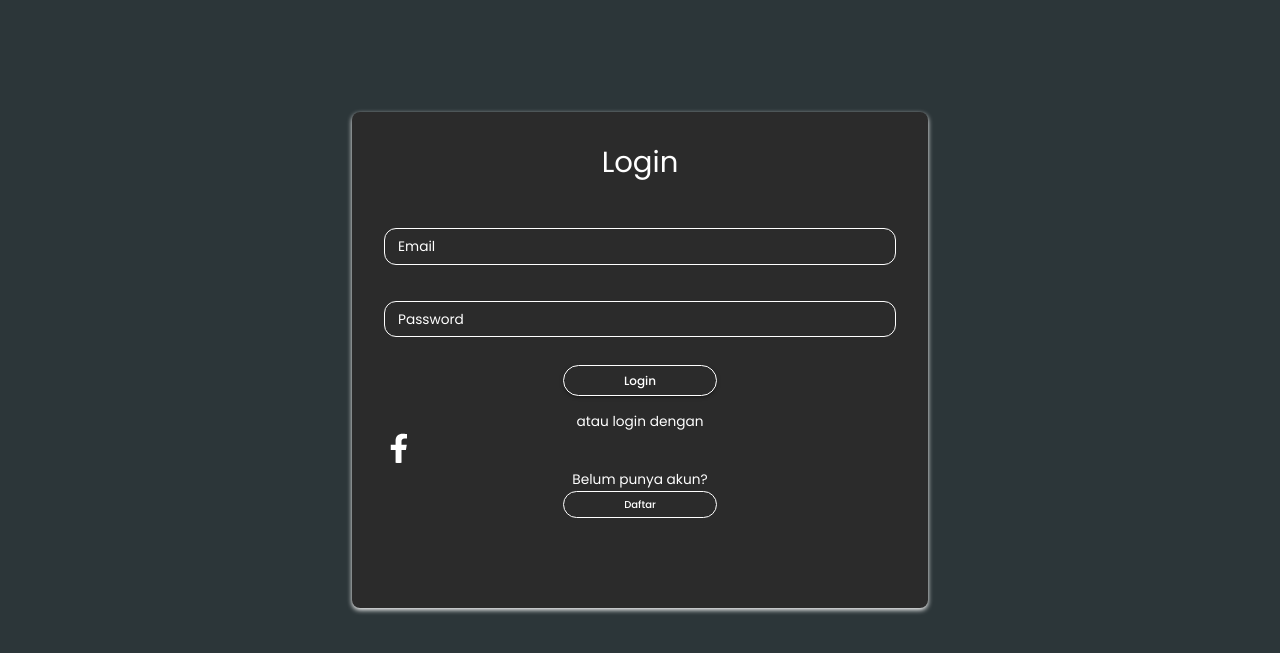
Repository: IzzaSuni/Izza-ToDo
Page: /login
The author's editor kept a copy of each file at every save. The page is drawn from the files as they stood at one save, then again after the next save.
The browser window is 1280 px wide. The pictures show the whole page.
The project was rebuilt for these pictures with package versions that can differ from the ones it lists, and the page was loaded fresh each time. Also part of the build but not shown: src/App.css, src/services.js, src/utils/Query.js, src/utils/isLogin.js, src/components/List.js, src/components/Filter.js, src/components/ohayo.js, src/components/navbar.js and 2 more.

Above is the page before, as saved 2022-08-19 20:09:01.

### public/index.html
<!DOCTYPE html>
<html lang="en">
  <head>
    <meta charset="utf-8" />
    <link rel="icon" href="%PUBLIC_URL%/AKU.svg" />
    <meta name="viewport" content="width=device-width, initial-scale=1" />
    <meta name="theme-color" content="#000000" />
    <meta name="description" />
    <link rel="apple-touch-icon" href="%PUBLIC_URL%/logo192.png" />
    <!--
      manifest.json provides metadata used when your web app is installed on a
      user's mobile device or desktop. See https://developers.google.com/web/fundamentals/web-app-manifest/
    -->
    <link rel="manifest" href="%PUBLIC_URL%/manifest.json" />
    <!--
      Notice the use of %PUBLIC_URL% in the tags above.
      It will be replaced with the URL of the `public` folder during the build.
      Only files inside the `public` folder can be referenced from the HTML.

      Unlike "/favicon.ico" or "favicon.ico", "%PUBLIC_URL%/favicon.ico" will
      work correctly both with client-side routing and a non-root public URL.
      Learn how to configure a non-root public URL by running `npm run build`.
    -->
    <title>My Notes</title>
  </head>
  <body>
    <noscript>You need to enable JavaScript to run this app.</noscript>
    <div id="root"></div>
    <!--
      This HTML file is a template.
      If you open it directly in the browser, you will see an empty page.

      You can add webfonts, meta tags, or analytics to this file.
      The build step will place the bundled scripts into the <body> tag.

      To begin the development, run `npm start` or `yarn start`.
      To create a production bundle, use `npm run build` or `yarn build`.
    -->
  </body>
</html>

### src/index.js
import React from "react";
import ReactDOM from "react-dom/client";
import "./index.css";
import App from "./App";
import reportWebVitals from "./reportWebVitals";
import { ThemeProvider } from "@mui/material";
import Theme from "./utils/Theme";
const root = ReactDOM.createRoot(document.getElementById("root"));
root.render(
  <ThemeProvider theme={Theme}>
    <React.StrictMode>
      <App />
    </React.StrictMode>
  </ThemeProvider>
);

// If you want to start measuring performance in your app, pass a function
// to log results (for example: reportWebVitals(console.log))
// or send to an analytics endpoint. Learn more: https://bit.ly/CRA-vitals
reportWebVitals();

### src/index.css
@import url("https://fonts.googleapis.com/css2?family=Poppins:ital,wght@0,100;0,200;0,300;0,400;0,500;0,600;0,700;0,800;0,900;1,100;1,200;1,300;1,400;1,500;1,600;1,700;1,800;1,900&display=swap");
body {
  margin: 0;
  font-family: "Poppins", -apple-system, BlinkMacSystemFont, "Segoe UI",
    "Roboto", "Oxygen", "Ubuntu", "Cantarell", "Fira Sans", "Droid Sans",
    "Helvetica Neue", sans-serif;
  -webkit-font-smoothing: antialiased;
  -moz-osx-font-smoothing: grayscale;
  font-smooth: antialiased;
  box-sizing: border-box;
  background-color: #2c3639;
}
button[type="button"] {
  font-size: 10px;
}
svg {
  font-size: 16px !important;
}
code {
  font-family: source-code-pro, Menlo, Monaco, Consolas, "Courier New",
    monospace;
}
#cok:focus-within {
  box-shadow: 0px 1px 0px rgba(0, 0, 0, 0.555);
  transition: all 0.2s;
}
#cok,
#edit {
  box-shadow: 0px;
  transition: all 0.6s;
}
input {
  color: white !important;
  font-family: poppins;
}
textarea {
  color: white !important;
  font-family: poppins;
}
input:-webkit-autofill,
input:-webkit-autofill:hover,
input:-webkit-autofill:focus,
input:-webkit-autofill:active {
  -webkit-box-shadow: 0 0 0 30px #e7f6f2 inset !important;
  box-shadow: 0 0 0 30px #e7f6f2 inset !important;
}
input:disabled {
  -webkit-text-fill-color: black !important;
}
textarea:disabled {
  -webkit-text-fill-color: black !important;
}
#edit:focus-visible {
  box-shadow: 0px 1px 0px rgba(0, 0, 0, 0.555);
  transition: all 0.2s;
}
input#searchBar {
  padding: 4px 8px;
}

.grid {
  display: grid;
  gap: 10px;
  grid-template-columns: repeat(auto-fill, minmax(120px, 1fr));
  grid-template-rows: masonry;
}

.my-masonry-grid {
  display: -webkit-box; /* Not needed if autoprefixing */
  display: -ms-flexbox; /* Not needed if autoprefixing */
  display: flex;
  width: auto;
}
.my-masonry-grid_column {
  /* padding-left: 5px; gutter size */
  background-clip: padding-box;
}

/* Style your items */
.my-masonry-grid_column > div {
  /* change div to reference your elements you put in <Masonry> */
  margin-bottom: 10px;
}

::-webkit-scrollbar {
  width: 6px;
  height: 2px;
}

::-webkit-scrollbar-track {
  box-shadow: inset 0 0 10px transparent;
  border-radius: 10px;
}

/* Handle */
::-webkit-scrollbar-thumb {
  border: 2px solid rgba(0, 0, 0, 0);
  background-clip: padding-box;
  border-radius: 10px;
  background-color: #303030;
}

.shadow {
  box-shadow: 0px 2px 5px white;
}
.MuiPopover-paper {
  background: #2b2b2b !important;
  box-shadow: 0px 2px 5px white !important;
}

/* responsive=============================================================================== */
#mainContainer {
  display: block;
  height: 100vh;
}
@media (max-width: 900px) {
  #mainForm {
    display: none;
  }
  #ohayoSmall {
    text-align: center;
    position: sticky;
    width: 100vw;
  }
  #ohayoBig {
    display: none;
  }

  #listForm {
    width: 100%;
  }
  #buttonAddNotes {
    position: sticky;
    bottom: 0;
    width: 100vw;
    height: 52px !important;
    text-align: center;
    border-radius: 16px 16px 0 0;
  }
}
@media (min-width: 900px) {
  #buttonAddNotes {
    display: none;
  }
  #mainContainer {
    display: block;
  }
  #ohayoSmall {
    display: none;
  }
}

#loginButton:hover {
  background: transparent !important;
}

### src/App.js
import "./App.css";
import Layout from "./components/Layout";
import MainPage from "./components/MainPage";
import { BrowserRouter as Router, Switch, Route } from "react-router-dom";
import Login from "./components/Login";
import CreateAccount from "./components/CreateAccount";

function App({}) {
  return (
    <div className="App">
      <Router>
        <Switch>
          <Route exact path="/publicNote">
            <Layout>
              <MainPage />
            </Layout>
          </Route>
          <Route path={"/login"}>
            <Layout>
              <Login />
            </Layout>
          </Route>
          <Route path={"/signUp"}>
            <Layout>
              <CreateAccount />
            </Layout>
          </Route>
          <Route exact path={"/publicNote/Private"}>
            <Layout>
              <MainPage />
            </Layout>
          </Route>
          <Route path="*">
            <main style={{ padding: "1rem" }}>
              <p>There's nothing here!</p>
            </main>
          </Route>
        </Switch>
      </Router>
    </div>
  );
}

export default App;

### src/utils/Theme.js
import { green } from "@mui/material/colors";
import { createTheme, ThemeProvider } from "@mui/material/styles";

export const background = "#FCE7E7";
export const Black = "#303030";
export const Green = "#E7F634";
export const Disable = "#97A8A8";

export const Screensize = {
  mobile: 0,
  tablet: 900,
  laptop: 1350,
  desktop: 1700,
};

export const colors = {
  background,
  Black,
  Green,
  Disable,
};
export const theme = createTheme({
  breakpoints: {
    values: {
      mobile: 0,
      tablet: 900,
      laptop: 1350,
      desktop: 1700,
    },
  },
  typography: {
    fontFamily: "Poppins",
    fontSize: 12,
    allVariants: {
      color: "white ",
    },
  },
  components: {
    MuiButton: {
      styleOverrides: {
        root: {
          textTransform: "none",
          fontFamily: "Poppins !important",
        },
      },
    },
  },
});

export default theme;

### src/components/Layout.js
import { Box } from "@mui/material";

const Layout = ({ children }) => {
  return (
    <Box
      height={"100vh"}
      width={`calc("100vw - 32px")`}
      display={"flex"}
      alignItems={"center "}
    >
      {children}
    </Box>
  );
};
export default Layout;

### src/components/Login.js
import { Box, Typography } from "@mui/material";
import { makeStyles } from "@mui/styles";
import { useState } from "react";
import { UseDoLogIn } from "../services";
import Input from "./Input";
import { getAuth, signInWithEmailAndPassword } from "firebase/auth";
import { getFirestore } from "firebase/firestore";
import Cookies from "universal-cookie";
import { useHistory } from "react-router-dom";
import Img from "./Img";

const firebaseConfig = {
  apiKey: "AIzaSyAjZX0rIvNdmRXab8sDlkjihku_Bh4y0jg",
  authDomain: "notes-9e77e.firebaseapp.com",
  projectId: "notes-9e77e",
  storageBucket: "notes-9e77e.appspot.com",
  messagingSenderId: "518427613842",
  appId: "1:518427613842:web:af718e1b48a3b7972be44b",
  measurementId: "G-4QZVSNXS15",
};

const useStyles = makeStyles({
  card: {
    height: "60vh",
    width: "40vw",
    background: "#2B2B2B",
    borderRadius: "8px",
    padding: "32px",
  },
  container: {
    height: "100vh",
    width: "100vw",
    display: "flex",
    justifyContent: "center",
    alignItems: "center",
  },
});

export default function Login(prop) {
  const history = useHistory();
  const classes = useStyles();
  const [msg, setMsg] = useState({ type: "", msg: "" });
  const [loading, setLoading] = useState(false);
  const db = getFirestore();
  const auth = getAuth();

  //check if signed

  const signed = prop.signed;
  if (!signed) {
    localStorage.clear();
  } else {
    history.push("/publicNote");
  }

  //generateErr
  const generateErrEmail = (content, type) => {
    if (type === "email") {
      if (content.length === 0) return " ";
      else if (content[content.indexOf("@") + 1] === undefined)
        return "format e-mail salah";
      else if (content.length > 0 && content.indexOf("@") === -1)
        return "format e-mail salah";
      else return " ";
    } else {
      if (content.length === 0) return "";
      if (content.length > 0 && content.length < 6)
        return "minimal password 8 karakter";
      else return " ";
    }
  };

  //handleSubmit
  const submit = (e) => {
    setLoading(true);
    e.preventDefault();
    const email = e.target[0].value;
    const password = e.target[2].value;
    signInWithEmailAndPassword(auth, email, password)
      .then((e) => {
        const cookies = new Cookies();
        cookies.set("akikToken", e._tokenResponse.idToken, {
          path: "/",
          maxAge: 43200,
        });
        setMsg({ type: "success", msg: "berhasil login" });
        setLoading(false);
        history.push(`/publicNote/Private?user=${e.user.displayName}`);
      })
      .catch((err) => {
        if (err.code === "auth/wrong-password")
          setMsg({ msg: "Maaf email atau password salah 👀", type: "error" });
        if (err.code === "auth/user-not-found")
          setMsg({ msg: "Maaf user tidak ditemukan 👀", type: "error" });
        setLoading(false);
        return err;
      });
  };

  //handleChangeE
  const handleChangeE = (e) => {
    const helperE = document.getElementById("helperEmail");
    const msg = generateErrEmail(e.target.value, "email");
    if (msg === "e-mail sesuai format") helperE.style.color = "green";
    else {
      helperE.style.color = "yellow ";
    }
    helperE.innerHTML = msg;
  };

  //handleChangeE
  const handleChangeU = (e) => {
    const helperE = document.getElementById("helperEmail");
    const msg = generateErrEmail(e.target.value, "email");
    if (msg === "e-mail sesuai format") helperE.style.color = "green";
    else {
      helperE.style.color = "yellow ";
    }
    helperE.innerHTML = msg;
  };

  //handleChangeP
  const handleChangeP = (e) => {
    const helperP = document.getElementById("helperPass");
    const msg = generateErrEmail(e.target.value, "pass");
    if (msg === "sukses") helperP.style.color = "green";
    else {
      helperP.style.color = "yellow ";
    }
    helperP.innerHTML = msg;
  };

  //return
  return (
    <Box className={classes.container}>
      <Box className={`${classes.card} shadow`}>
        <Typography textAlign="center" variant={"h4"}>
          Login
        </Typography>
        <Box marginY={6}>
          <form onSubmit={submit}>
            <Box>
              <Input
                type="email"
                label={"Email"}
                inputType="text"
                hdlChange={handleChangeE}
              />
              <Box height={"12px"} mt={1} pl="14px">
                <Typography id="helperEmail"></Typography>
              </Box>
            </Box>

            <Box mt={2}>
              <Input
                type="email"
                label="Password"
                inputType={"password"}
                hdlChange={handleChangeP}
              />
              <Box height={"12px"} my={1} pl="14px">
                <Typography id="helperPass" />
              </Box>
            </Box>
            <Box display="flex" justifyContent={"center"} pb={2}>
              <Input
                type={"buttonLoading"}
                loading={loading}
                className={{ width: "30%" }}
              >
                Login
              </Input>
            </Box>
            <Box>
              <Typography textAlign={"center"}>atau login dengan</Typography>
            </Box>
            <Box>
              <Img src="/facebook.svg" />
            </Box>
            <Typography textAlign={"center"}>Belum punya akun?</Typography>
            <Box display="flex" justifyContent={"center"}>
              <Input
                type={"buttonCustom"}
                loading={loading}
                className={{ width: "30%" }}
              >
                Daftar
              </Input>
            </Box>
          </form>
        </Box>
        <Typography textAlign="center">{msg.msg}</Typography>
      </Box>
    </Box>
  );
}

### src/components/Input.js
import { makeStyles } from "@mui/styles";
import {
  Box,
  Button,
  FormControl,
  InputAdornment,
  InputBase,
  InputLabel,
  MenuItem,
  Select,
  TextField,
  Typography,
} from "@mui/material";
//icons
import EditIcon from "@mui/icons-material/Edit";
import DeleteIcon from "@mui/icons-material/Delete";
import ClearIcon from "@mui/icons-material/Clear";
import DoneIcon from "@mui/icons-material/Done";
import { useState } from "react";
import { LoadingButton } from "@mui/lab";

const useStyles = makeStyles({
  paper: {
    height: "100%",
    width: "20%",
    background: "#E7F6F2 !important",
    borderRadius: "16px",
    overflow: "auto",
  },
  paperList: {
    height: "100%",
    width: "80%",
    flexWrap: "wrap",
    background: "#CEE5D0 !important",
    overflow: "auto",
  },
  Button: {
    "&.MuiButton-root": {
      textTransform: "none !important",
      color: "white",
      background: "transparent ",
      borderRadius: "32px",
      border: "1px solid white",
      padding: "4px 16px",
      "&:hover": {
        background: "#693737",
        color: "white ",
      },
      "&:active": {
        background: "#693737",
        color: "white ",
      },
      "& .MuiLoadingButton-loadingIndicator": {
        color: "white !important",
      },
      "&.Mui-disabled": {
        color: "rgba(255, 255, 255, 0.541)",
      },
    },
  },
  TextField: {
    "&:hover fieldset": {
      borderColor: "#100F0F !important",
      color: "white",
    },
    "& label.Mui-focused": {
      color: "white",
    },
    "& fieldset": {
      borderColor: "white !important",
    },
    "&.Mui-focused fieldset": {
      borderColor: "white !important",
    },
    "& .MuiOutlinedInput-root": {
      borderRadius: "12px !important",
      color: "white",
    },
  },
  TextFields: {
    "& .MuiInputBase-input": {
      padding: "0px !important",
      borderBottom: "1px white dashed !important",
      width: "100%",
    },
  },
  login: {
    "&:hover fieldset": {
      borderColor: "white !important",
    },
    "& label.Mui-focused": {
      color: "black",
    },
    "& fieldset": {
      borderColor: "white !important",
    },
    "&.Mui-focused fieldset": {
      borderColor: "white !important",
    },
    "& .MuiOutlinedInput-root": {
      borderRadius: "12px !important",
    },
  },
  form: {
    justifytitle: "space-between",
    width: ` 100% `,
    marginTop: "32px",
  },
  editForm: { width: "100%", display: "flex", padding: "0px 8px" },
  smallBox: {
    height: "10px",
    width: "10px",
    marginRight: "32px",
    borderRadius: "16px",
    paddingLeft: "16px",
    border: "1px dashed black",
  },
  Menu: {
    "&.MuiMenu-list": {
      background: "#2B2B2B",
      borderRadius: "12px",
      padding: "16px",
      width: "250px",
    },
    "& .MuiMenuItem-root": {
      padding: "0px",
    },
  },
});

export default function Input({
  type,
  select,
  hdlChange,
  children,
  defVal,
  hdlEdit,
  onClickBtn,
  color,
  className,
  label,
  placeholder,
  inputType,
  loading,
  maxchar,
  isdisabled,
  icon,
  id,
}) {
  const [anchorEl, setAnchorEl] = useState(null);

  const renderButton = ({ value, type }) => {
    return type === "delete" ? (
      value.isedit ? (
        <>
          <DoneIcon />
        </>
      ) : (
        <>
          <DeleteIcon />
        </>
      )
    ) : value.isedit ? (
      <>
        <ClearIcon sx={{ ml: 1 }} />
      </>
    ) : (
      <>
        <EditIcon sx={{ ml: 1 }} />
      </>
    );
  };

  const classes = useStyles();
  const renderInput = () => {
    switch (type) {
      case "text":
        return (
          <TextField
            size={"small"}
            label={"Title"}
            placeholder="Type the title here"
            className={classes.TextField}
            required
            inputProps={{ maxLength: "20" }}
            sx={{ width: "100%", marginBottom: 3 }}
          />
        );
      case "email":
        return (
          <TextField
            size={"small"}
            label={label}
            placeholder={label}
            className={classes.login}
            type={inputType}
            inputProps={{ maxLength: maxchar }}
            InputProps={icon}
            sx={{
              width: "100%",
              marginBottom: 3,
              "&.MuiFormControl-root": {
                marginBottom: 0,
              },
              "& .Mui-focused": {
                color: "white !important",
              },
            }}
            onChange={hdlChange}
          />
        );
      case "multiline":
        return (
          <TextField
            label={"Description"}
            size={"medium"}
            placeholder="Type the description here"
            className={classes.TextField}
            multiline
            sx={{ width: "100%", marginBottom: 3, borderRadius: 12 }}
          />
        );
      case "select":
        return (
          <FormControl
            fullWidth
            className={`${classes.TextField} `}
            sx={{
              marginBottom: "24px",
            }}
            id="kontol"
          >
            <InputLabel id="catLabel">Select Category</InputLabel>
            <Select
              id="catuu"
              label="Select Category"
              onChange={hdlChange}
              defaultChecked={false}
              required
              className={`${classes.Menu}`}
            >
              <MenuItem value={"Reminder"} disabled>
                Select a category
              </MenuItem>
              <MenuItem value={"Work"}>Work</MenuItem>
              <MenuItem value={"To do"}>To do</MenuItem>
              <MenuItem value={"Money"}>Money</MenuItem>
              <MenuItem value={"Reminder"}>Reminder</MenuItem>
              <MenuItem value={"Assignment"}>Task</MenuItem>
              <MenuItem value={"Study"}>Study</MenuItem>
            </Select>
          </FormControl>
        );

      case "button":
        return (
          <Button
            disableRipple
            type="submit"
            variant="contained"
            className={classes.Button}
            sx={className}
          >
            {children}
          </Button>
        );
      case "buttonLoading":
        return (
          <LoadingButton
            disableRipple
            type="submit"
            variant="contained"
            loading={loading}
            className={classes.Button}
            sx={className}
            disabled={isdisabled}
            loadingPosition="end"
          >
            {children}
          </LoadingButton>
        );
      case "buttonCustom":
        return (
          <Button
            disableRipple
            type="button"
            onClick={onClickBtn}
            className={`${classes.Button}`}
            id={id}
            style={className}
          >
            {children}
          </Button>
        );

      case "editTitle":
        return (
          <InputBase
            defaultValue={defVal.title}
            onChange={hdlEdit}
            className={classes.TextFields}
            disabled={defVal.isedit === true ? false : true}
            sx={{
              fontSize: "16px !important",
            }}
          />
        );
      case "editDesc":
        return (
          <InputBase
            sx={{
              width: "100%",
              padding: "0px !important",
              mt: 2,
              lineHeight: "18px",
            }}
            defaultValue={defVal.desc}
            onChange={hdlEdit}
            className={classes.TextFields}
            disabled={defVal.isedit === true ? false : true}
            multiline
          />
        );
      case "divider":
        return (
          <Box
            height={"1px"}
            width="100%"
            bgcolor={"#CEE5D0"}
            mx={2}
            variant="middle"
            alignSelf={"center "}
          />
        );
      default:
        break;
    }
  };
  return renderInput();
}

### src/components/Img.js
import { Box } from "@mui/system";

const Img = ({ width = "30px", height = "30px", src }) => {
  return (
    <Box>
      <img
        src={process.env.PUBLIC_URL + src}
        style={{ height: height, width: width }}
        alt={src}
      />
    </Box>
  );
};

export default Img;

Loaded but not shown: src/reportWebVitals.js (common file)

After the next save:
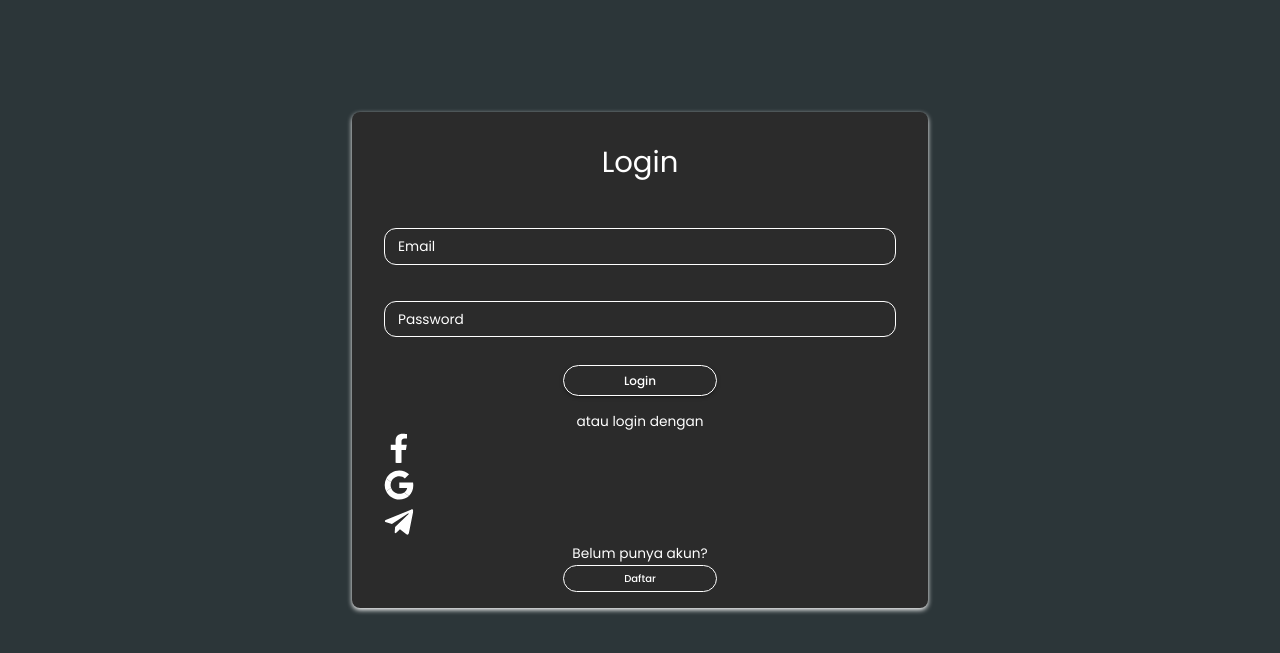
Saved 3 min 20 s later.
--- a/src/components/Login.js
+++ b/src/components/Login.js
@@ -176,6 +176,8 @@ export default function Login(prop) {
             </Box>
             <Box>
               <Img src="/facebook.svg" />
+              <Img src="/google.svg" />
+              <Img src="/telegram.svg" />
             </Box>
             <Typography textAlign={"center"}>Belum punya akun?</Typography>
             <Box display="flex" justifyContent={"center"}>
